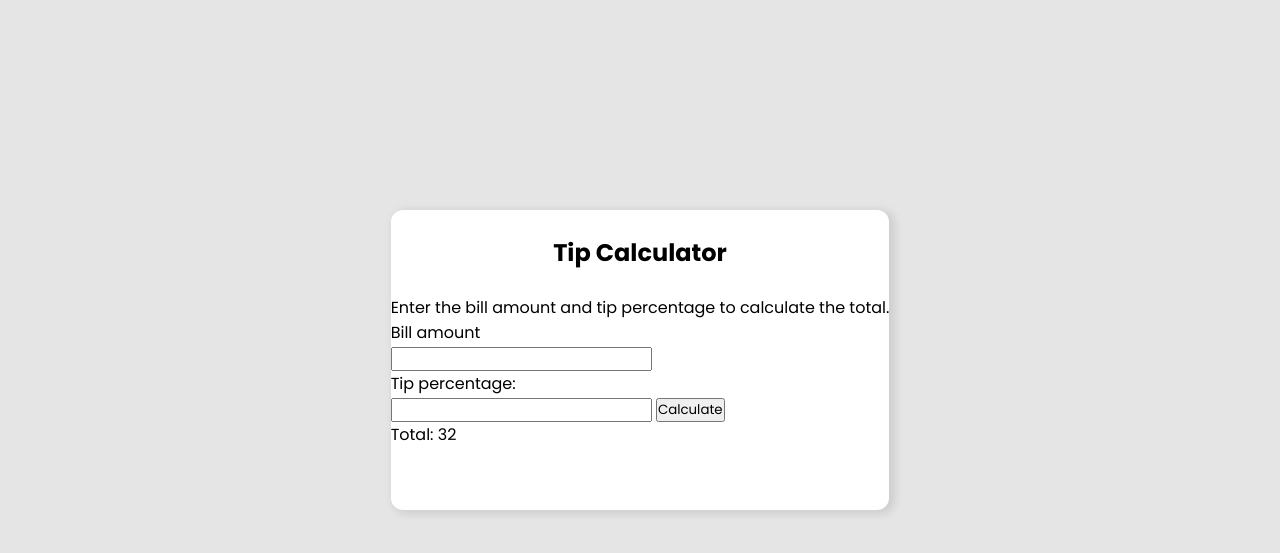
Repository: Ankitkr2021/Tip-Calculator
Page: index.html
These files come from the project's save history. The page is drawn as it stood at one moment and after a run of saves; the edit follows.
The browser window is 1280 px wide. The pictures show the whole page.

Above is the page before, as saved 2025-10-27 10:51:35.

### index.html
<!DOCTYPE html>
<html lang="en">
<head>
    <meta charset="UTF-8">
    <meta name="viewport" content="width=device-width, initial-scale=1.0">
    <title>Tip Calculator</title>
    <link rel="stylesheet" href="./style.css">
</head>
<body>
    <div class="box">
        <h2>Tip Calculator</h2>
        <p>Enter the bill amount and tip percentage to calculate the total.</p>
        <p>Bill amount</p>
        <input type="number">
        <p>Tip percentage:</p>
        <input type="number">
        <button>Calculate</button>
        <p>Total: <span>32</span></p>
    </div>
</body>
</html>

### style.css
@import url('https://fonts.googleapis.com/css2?family=Poppins:wght@300;400;500;600;700&display=swap');

*{
    margin: 0;
    padding: 0;
    box-sizing: border-box;
    font-family: "Poppins",sans-serif;
}

body {
    height: 100vh;
    width: 100%;
    display: flex;
    align-items: center;
    justify-content: center;
    background: rgba(0,0,0,0.1);
}

.box {
    background: #fff;
    height: 300px;
    box-shadow: 4px 2px 8px 2px rgba(0,0,0,0.1);
    border-radius: 12px;
}

h2{
    text-align: center;
    padding: 25px;
}

After the next 2 saves:
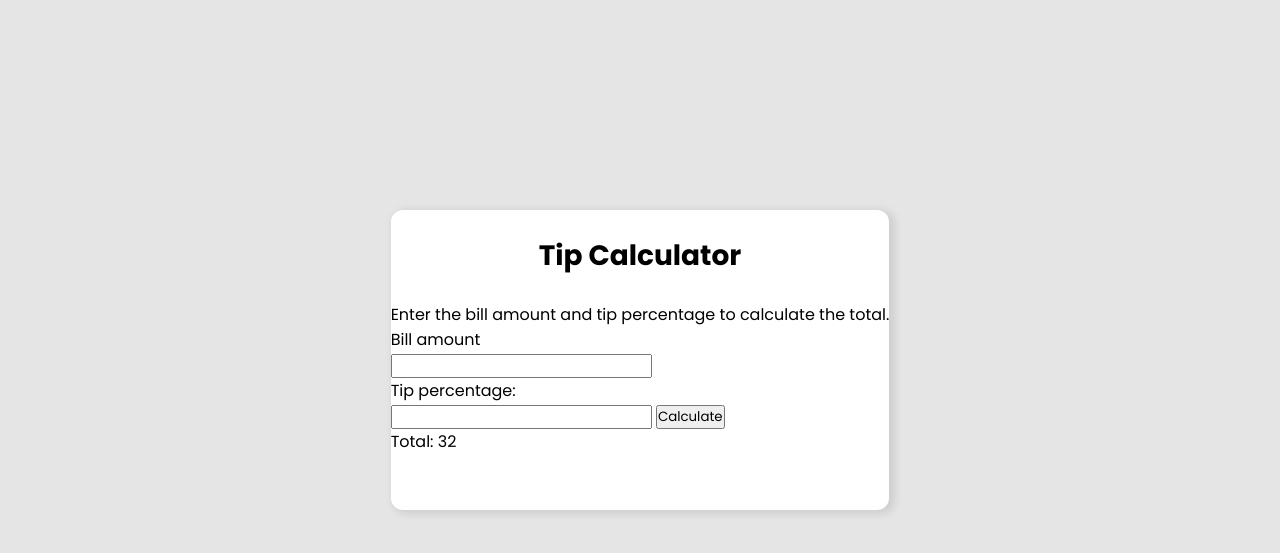
The 2 saves are shown as one change because they came seconds apart.
The last was saved 11 s later.
--- a/style.css
+++ b/style.css
@@ -26,4 +26,5 @@ body {
 h2{
     text-align: center;
     padding: 25px;
+    font-size: 28px;
 }
